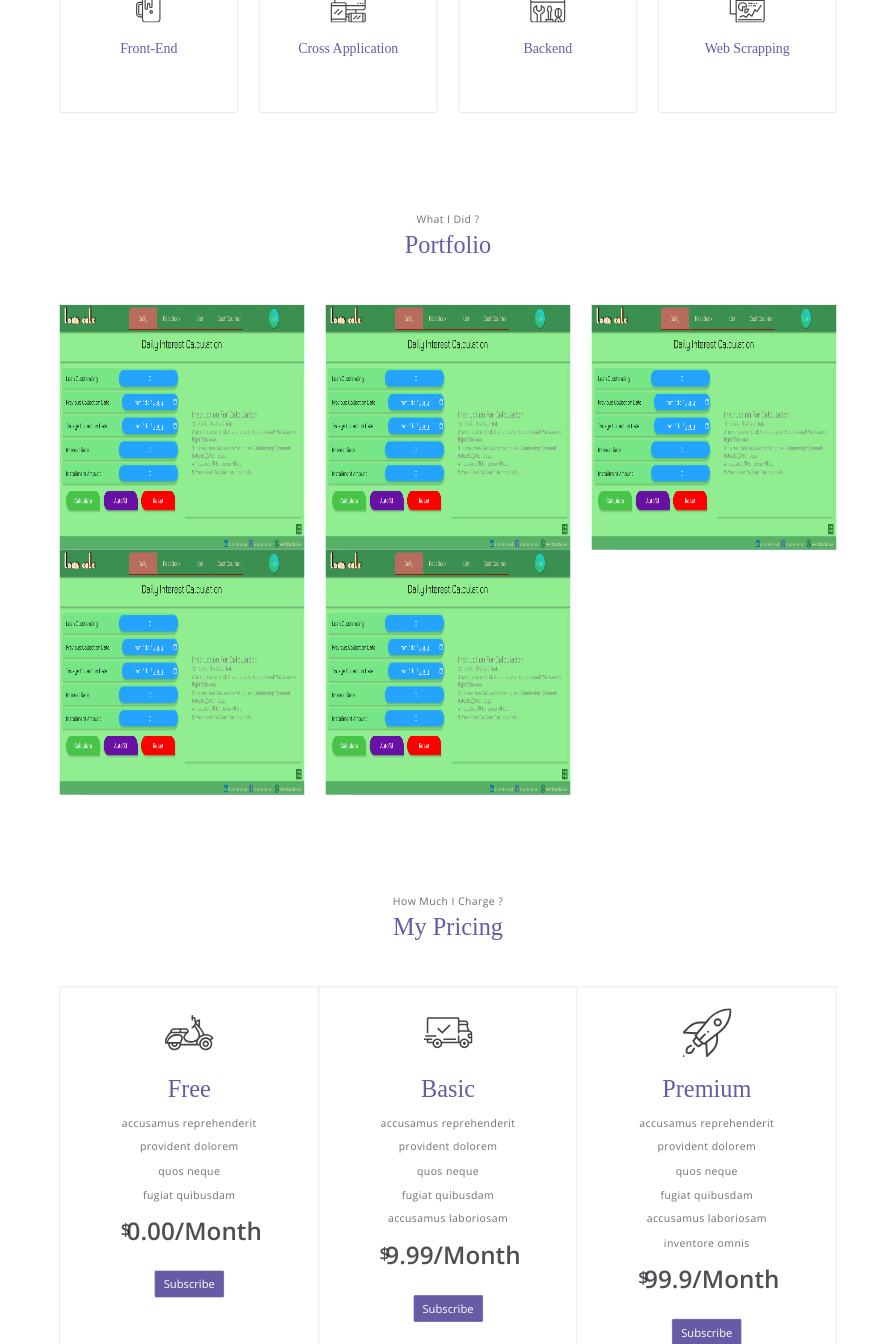
Repository: Soab42/portfolio
Page: /
An editor plug-in stored every save of this project. The page is shown before and after the next save, followed by the edit.
The browser window is 1280 px wide. The pictures show the part of the page from y = 1525 to 3445 px (the page is 5786 px tall), at 70% of full size.
Some web fonts or font styles are not loaded; a fallback is used. The project was rebuilt for these pictures with package versions that can differ from the ones it lists, and the page was loaded fresh each time. The framework's server and built-in components were replaced by stand-ins that run in the browser. Also part of the build but not shown: next.config.js.

Above is the page before, as saved 2023-10-09 14:16:08.

### app/layout.js
import "./globals.css";

export const metadata = {
  title: "syfuddhin",
  description: "Portfolio application for Soab Mahmud Syfuddhin",
};

export default function RootLayout({ children }) {
  return (
    <html lang="en">
      <body>{children}</body>
    </html>
  );
}

### app/page.js
/* eslint-disable @next/next/no-sync-scripts */
"use client";

import Nav from "@/components/Nav";
import "../public/assets/css/meyawo.css";
import { useEffect, useState } from "react";
import Heaader from "@/components/Heaader";
import About from "@/components/About";
import Service from "@/components/Service";
import Portfolio from "@/components/Portfolio";
import Pricing from "@/components/Pricing";
import Testmonial from "@/components/Testmonial";
import Contact from "@/components/Contact";
import Footer from "@/components/Footer";
import Blog from "@/components/Blog";
import Hire from "@/components/Hire";

export default function Home() {
  // Function to update scroll position
  const [scroll, setScroll] = useState(false);
  const updateScrollPosition = () => {
    const currentPosition =
      window.pageYOffset || document.documentElement.scrollTop;
    if (currentPosition >= 600) {
      setScroll(true);
    } else {
      setScroll(false);
    }
  };
  // Add scroll event listener on component mount
  useEffect(() => {
    window.addEventListener("scroll", updateScrollPosition);
    return () => {
      // Clean up the event listener on component unmount
      window.removeEventListener("scroll", updateScrollPosition);
    };
  }, []);

  return (
    <body>
      {/* <!-- Page Navbar --> */}
      <Nav scroll={scroll} />
      {/* <!-- End of Page Navbar --> */}
      {/* <!-- page header --> */}
      <Heaader />
      {/* <!-- end of page header --> */}
      {/* <!-- about section --> */}
      <About />
      {/* <!-- end of about section --> */}
      {/* <!-- service section --> */}
      <Service />
      {/* <!-- end of service section --> */}
      {/* <!-- portfolio section --> */}
      <Portfolio />
      {/* <!-- end of portfolio section --> */}
      {/* <!-- pricing section --> */}
      <Pricing />
      {/* <!-- end of pricing section --> */}
      {/* <!-- section --> */}
      <Hire />
      {/* <!-- end of section --> */}
      {/* <!-- testimonial section --> */}
      <Testmonial />
      {/* <!-- end of testimonial section --> */}
      {/* <!-- blog section --> */}
      <Blog />
      {/* <!-- end of blog section --> */}
      {/* <!-- contact section --> */}
      <Contact />
      {/* <!-- end of contact section --> */}
      {/* <!-- footer --> */}
      <Footer />
    </body>
  );
}

### components/Nav.js
import { setupNavigation } from "@/public/assets/js/soab";
import React from "react";

export default function Nav({ scroll }) {
  return (
    <nav className={`custom-navbar ${scroll && "affix"}`}>
      <div className="container">
        <a className="logo" href="#">
          .Syfuddhin
        </a>
        <ul className="nav">
          <li className="item">
            <a className="link" href="#home">
              Home
            </a>
          </li>
          <li className="item">
            <a className="link" href="#about">
              About
            </a>
          </li>
          <li className="item">
            <a className="link" href="#portfolio">
              Portfolio
            </a>
          </li>
          <li className="item">
            <a className="link" href="#testmonial">
              Testmonial
            </a>
          </li>
          <li className="item">
            <a className="link" href="#blog">
              Blog
            </a>
          </li>
          <li className="item">
            <a className="link" href="#contact">
              Contact
            </a>
          </li>
          <li className="item ml-md-3">
            <a href="components.html" className="btn btn-primary">
              Components
            </a>
          </li>
        </ul>
        <btn
          href="#"
          id="nav-toggle"
          onClick={() => setupNavigation()}
          className="hamburger hamburger--elastic"
        >
          <div className="hamburger-box">
            <div className="hamburger-inner"></div>
          </div>
        </btn>
      </div>
    </nav>
  );
}

### components/Heaader.js
import React from "react";

export default function Heaader() {
  return (
    <header id="home" className="header">
      <div className="overlay"></div>
      <div className="header-content container">
        <h1 className="header-title">
          <span className="up">HI!</span>
          <span className="down">I am Soab Mahmud </span>
        </h1>
        <p className="header-subtitle">FRONTEND WEB DEVELOPER</p>

        <a href="#portfolio" className="btn btn-primary">
          Visit My Works
        </a>
      </div>
    </header>
  );
}

### components/About.js
import Image from "next/image";
import React from "react";

export default function About() {
  return (
    <section className="section pt-5 bg-white" id="about">
      {/* <!-- container --> */}
      <div className="container text-center">
        {/* <!-- about wrapper --> */}
        <div className="about">
          <div className="about-img-holder">
            <Image
              width={600}
              height={400}
              src="/assets/imgs/man.png"
              className="about-img"
              alt="Download free bootstrap 4 landing page, free boootstrap 4 templates, Download free bootstrap 4.1 landing page, free boootstrap 4.1.1 templates, meyawo Landing page"
            />
          </div>
          <div className="about-caption">
            <p className="section-subtitle">Who Am I ?</p>
            <h2 className="section-title mb-3">About Me</h2>
            <div>
              <span>
                I am a dedicated web developer with a passion for creating
                digital experiences that leave a mark.
              </span>

              <span>
                Beyond the screen, I&apos;m a sports enthusiast, finding joy in
                playing cricket and football under the open sky. Traveling is my
                escape, as it exposes me to diverse cultures and fuels my
                creativity. Writing is not just a skill; it&apos;s an art form I
                cherish. Honesty is my cornerstone, and teamwork is my strength.
              </span>
              <span>
                I&apos;m a diligent, quick learner who thrives on challenges and
                embraces them as opportunities. My hunger for knowledge is
                insatiable, and I relish acquiring new skills and exploring the
                ever-evolving world of web development. Every day is a chance to
                grow and innovate.
                <hr />
              </span>
            </div>
            <button className="btn-rounded btn btn-outline-primary mt-4">
              Download CV
            </button>
          </div>
        </div>
        {/* <!-- end of about wrapper --> */}
      </div>
      {/* <!-- end of container --> */}
    </section>
  );
}

### components/Service.js
import Image from "next/image";
import React from "react";

export default function Service() {
  return (
    <section className="section bg-white" id="service">
      <div className="container text-center">
        <p className="section-subtitle">What I Do ?</p>
        <h5 className="section-title mb-6">Service</h5>

        {/* <!-- row --> */}
        <div className="row ">
          <div className="col-md-6 col-lg-3">
            <div className="service-card">
              <div className="body">
                <Image
                  width={60}
                  height={50}
                  src="/assets/imgs/pencil-case.svg"
                  alt="Download free bootstrap 4 landing page, free boootstrap 4 templates, Download free bootstrap 4.1 landing page, free boootstrap 4.1.1 templates, meyawo Landing page"
                  className="icon"
                />
                <h5 className="title">Front-End</h5>
                <p className="subtitle">
                  I craft engaging web interfaces ensuring seamless user
                  experiences and captivating designs.
                </p>
              </div>
            </div>
          </div>
          <div className="col-md-6 col-lg-3">
            <div className="service-card">
              <div className="body">
                <Image
                  width={60}
                  height={50}
                  src="/assets/imgs/responsive.svg"
                  alt="Download free bootstrap 4 landing page, free boootstrap 4 templates, Download free bootstrap 4.1 landing page, free boootstrap 4.1.1 templates, meyawo Landing page"
                  className="icon"
                />

                <h5 className="title">Cross Application</h5>
                <p className="subtitle">
                  I create cross-platform mobile applications using Flutter and
                  React Native for efficient and versatile app development.
                </p>
              </div>
            </div>
          </div>
          <div className="col-md-6 col-lg-3">
            <div className="service-card">
              <div className="body">
                <Image
                  width={60}
                  height={50}
                  src="/assets/imgs/toolbox.svg"
                  alt="Download free bootstrap 4 landing page, free boootstrap 4 templates, Download free bootstrap 4.1 landing page, free boootstrap 4.1.1 templates, meyawo Landing page"
                  className="icon"
                />
                <h5 className="title">Backend</h5>
                <p className="subtitle">
                  Offering backend development services, I create efficient,
                  secure, and scalable solutions for your applications.
                </p>
              </div>
            </div>
          </div>
          <div className="col-md-6 col-lg-3">
            <div className="service-card">
              <div className="body">
                <Image
                  width={60}
                  height={50}
                  src="/assets/imgs/analytics.svg"
                  alt="Download free bootstrap 4 landing page, free boootstrap 4 templates, Download free bootstrap 4.1 landing page, free boootstrap 4.1.1 templates, meyawo Landing page"
                  className="icon"
                />
                <h5 className="title">Web Scrapping</h5>
                <p className="subtitle">
                  I provide web scraping services, extracting data from websites
                  ensuring accurate and ethical data retrieval.
                </p>
              </div>
            </div>
          </div>
        </div>
        {/* <!-- end of row --> */}
      </div>
    </section>
  );
}

### components/Portfolio.js
import { projects } from "@/data/projects";
import Image from "next/image";
import ProjectsCard from "./ProjectsCard";

export default function Portfolio() {
  return (
    <section className="section bg-white" id="portfolio">
      <div className="container text-center">
        <p className="section-subtitle">What I Did ?</p>
        <h5 className="section-title mb-6">Portfolio</h5>

        {/* <!-- row --> */}
        <div className="row">
          {projects.map((project) => (
            <ProjectsCard key={project.imgLink} project={project} />
          ))}
          {/* <div className="col-md-4">
            <a href="#" className="portfolio-card">
              <Image
                width={350}
                height={350}
                src="/assets/imgs/folio-1.jpg"
                className="portfolio-card-img"
                alt="Download free bootstrap 4 landing page, free boootstrap 4 templates, Download free bootstrap 4.1 landing page, free boootstrap 4.1.1 templates, meyawo Landing page"
              />
              <span className="portfolio-card-overlay">
                <span className="portfolio-card-caption">
                  <h4>Web Designing</h4>
                  <p className="font-weight-normal">Category: Web Templates</p>
                </span>
              </span>
            </a>
          </div>
          <div className="col-md-4">
            <a href="#" className="portfolio-card">
              <Image
                width={350}
                height={350}
                className="portfolio-card-img img-responsive rounded"
                src="/assets/imgs/folio-2.jpg"
                alt="Download free bootstrap 4 landing page, free boootstrap 4 templates, Download free bootstrap 4.1 landing page, free boootstrap 4.1.1 templates, meyawo Landing page"
              />
              <span className="portfolio-card-overlay">
                <span className="portfolio-card-caption">
                  <h4>Web Designing</h4>
                  <p className="font-weight-normal">Category: Web Templates</p>
                </span>
              </span>
            </a>
          </div>
          <div className="col-md-4">
            <a href="#" className="portfolio-card">
              <Image
                width={350}
                height={350}
                className="portfolio-card-img img-responsive rounded"
                src="/assets/imgs/folio-3.jpg"
                alt="Download free bootstrap 4 landing page, free boootstrap 4 templates, Download free bootstrap 4.1 landing page, free boootstrap 4.1.1 templates, meyawo Landing page"
              />
              <span className="portfolio-card-overlay">
                <span className="portfolio-card-caption">
                  <h4>Web Designing</h4>
                  <p className="font-weight-normal">Category: Web Templates</p>
                </span>
              </span>
            </a>
          </div> */}
        </div>
        {/* <!-- end of row --> */}
      </div>
      {/* <!-- end of container --> */}
    </section>
  );
}

### components/Testmonial.js
import Image from "next/image";
import React from "react";

export default function Testmonial() {
  return (
    <section className="section bg-white" id="testmonial">
      <div className="container text-center">
        <p className="section-subtitle">What Think Client About Me ?</p>
        <h5 className="section-title mb-6">Testmonial</h5>

        {/* <!-- row --> */}
        <div className="row">
          <div className="col-md-6">
            <div className="testimonial-card">
              <div className="testimonial-card-img-holder">
                <Image
                  width={80}
                  height={70}
                  src="/assets/imgs/avatar2.jpg"
                  className="testimonial-card-img"
                  alt="Download free bootstrap 4 landing page, free boootstrap 4 templates, Download free bootstrap 4.1 landing page, free boootstrap 4.1.1 templates, meyawo Landing page"
                />
              </div>
              <div className="testimonial-card-body">
                <p className="testimonial-card-subtitle">
                  Lorem ipsum dolor sit amet, consectetur adipisicing elit.
                  Eaque doloribus autem aperiam earum nostrum omnis blanditiis
                  corporis perspiciatis adipisci nihil.
                </p>
                <h5 className="testimonial-card-title">Emily Reb</h5>
              </div>
            </div>
          </div>
          <div className="col-md-6">
            <div className="testimonial-card">
              <div className="testimonial-card-img-holder">
                <Image
                  width={80}
                  height={70}
                  src="/assets/imgs/avatar3.jpg"
                  className="testimonial-card-img"
                  alt="Download free bootstrap 4 landing page, free boootstrap 4 templates, Download free bootstrap 4.1 landing page, free boootstrap 4.1.1 templates, meyawo Landing page"
                />
              </div>
              <div className="testimonial-card-body">
                <p className="testimonial-card-subtitle">
                  Lorem ipsum dolor sit amet, consectetur adipisicing elit.
                  Eaque doloribus autem aperiam earum nostrum omnis blanditiis
                  corporis perspiciatis adipisci nihil.
                </p>
                <h5 className="testimonial-card-title">Emily Reb</h5>
              </div>
            </div>
          </div>
        </div>
      </div>
      {/* <!-- end of container --> */}
    </section>
  );
}

### components/Contact.js
import React from "react";

export default function Contact() {
  return (
    <section className="section bg-white" id="contact">
      <div className="container text-center">
        <p className="section-subtitle">How can you communicate?</p>
        <h5 className="section-title mb-5">Contact Me</h5>

        {/* <!-- contact form --> */}
        <form action="" className="contact-form col-md-10 col-lg-8 m-auto">
          <div className="form-row">
            <div className="form-group col-sm-6">
              <input
                type="text"
                size="50"
                className="form-control"
                placeholder="Your Name"
                required={true}
              />
            </div>
            <div className="form-group col-sm-6">
              <input
                type="email"
                className="form-control"
                placeholder="Enter Email"
                required={true}
              />
            </div>
            <div className="form-group col-sm-12">
              <textarea
                name="comment"
                id="comment"
                rows="6"
                className="form-control"
                placeholder="Write Something"
              ></textarea>
            </div>
            <div className="form-group col-sm-12 mt-3">
              <input
                type="submit"
                value="Send Message"
                className="btn btn-outline-primary rounded"
              />
            </div>
          </div>
        </form>
        {/* <!-- end of contact form --> */}
      </div>
      {/* <!-- end of container --> */}
    </section>
  );
}

### components/Footer.js
import React from "react";
import {
  FaFacebook,
  FaFacebookF,
  FaGithub,
  FaGoogle,
  FaInstagram,
  FaLinkedin,
  FaLinkedinIn,
  FaWhatsapp,
} from "react-icons/fa";
import {
  TiMail,
  TiSocialFacebook,
  TiSocialGithub,
  TiSocialInstagram,
  TiSocialLinkedin,
} from "react-icons/ti";

export default function Footer() {
  return (
    <div className="footerDiv bg-white">
      <footer className="footer ">
        <p className="mb-0">
          Copyright {new Date().getFullYear()}
          &copy;SYFUDDHIN
        </p>
        <div className="social-links text-right m-auto ml-sm-auto">
          <a href="#" className="link">
            <FaFacebookF />
          </a>
          <a href="#" className="link">
            <FaGoogle />
          </a>
          <a href="#" className="link">
            <FaInstagram />
          </a>

          <a href="#" className="link">
            <FaGithub />
          </a>
          <a href="#" className="link">
            <FaLinkedinIn />
          </a>
          <a href="#" className="link">
            <FaWhatsapp />
          </a>
        </div>
      </footer>
    </div>
  );
}

### components/Hire.js
import React from "react";

export default function Hire() {
  return (
    <section className="section-sm bg-primary ">
      {/* <!-- container --> */}
      <div className="container text-center text-sm-left">
        {/* <!-- row --> */}
        <div className="row align-items-center">
          <div className="col-sm offset-md-1 mb-4 mb-md-0">
            <h5 className="title text-light">Want to work with me?</h5>
            <p className="m-0 text-light">
              Always feel Free to Contact & Hire me
            </p>
          </div>
          <div className="col-sm offset-sm-2 offset-md-3">
            <button className="btn btn-lg my-font btn-light rounded">
              Hire Me
            </button>
          </div>
        </div>
        {/* <!-- end of row --> */}
      </div>
      {/* <!-- end of container --> */}
    </section>
  );
}

### public/assets/js/soab.js
export function setupNavigation() {
  var button = document.getElementById("nav-toggle");

  console.log(button);

  button.classList.toggle("is-active");
  var navList = document.querySelector("ul.nav");
  if (navList) {
    navList.classList.toggle("show");
  }
}

### data/projects.js
export const projects = [
  {
    imgLink: "/assets/imgs/loancalc.png",
    title: "Loan Calculator",
    category: "Web Development",
  },
  {
    imgLink: "/assets/imgs/loancalc.png",
    title: "Loan Calculator",
    category: "Web Development",
  },
  {
    imgLink: "/assets/imgs/loancalc.png",
    title: "Loan Calculator",
    category: "Web Development",
  },
  {
    imgLink: "/assets/imgs/loancalc.png",
    title: "Loan Calculator",
    category: "Web Development",
  },
  {
    imgLink: "/assets/imgs/loancalc.png",
    title: "Loan Calculator",
    category: "Web Development",
  },
];

### components/ProjectsCard.js
import Image from "next/image";

export default function ProjectsCard({ project }) {
  const { imgLink, title, category } = project;
  return (
    <div className="col-md-4">
      <a href="#" className="portfolio-card">
        <Image
          width={450}
          height={350}
          src={imgLink}
          className="portfolio-card-img"
          alt="Download free bootstrap 4 landing page, free boootstrap 4 templates, Download free bootstrap 4.1 landing page, free boootstrap 4.1.1 templates, meyawo Landing page"
        />
        <span className="portfolio-card-overlay">
          <span className="portfolio-card-caption">
            <h4>{title}</h4>
            <p className="font-weight-normal">Category: {category}</p>
          </span>
        </span>
      </a>
    </div>
  );
}

Loaded but not shown: app/globals.css (common file); public/assets/css/meyawo.css (library); components/Pricing.js (112 lines, source omitted); components/Blog.js (108 lines, source omitted)

After the next save:
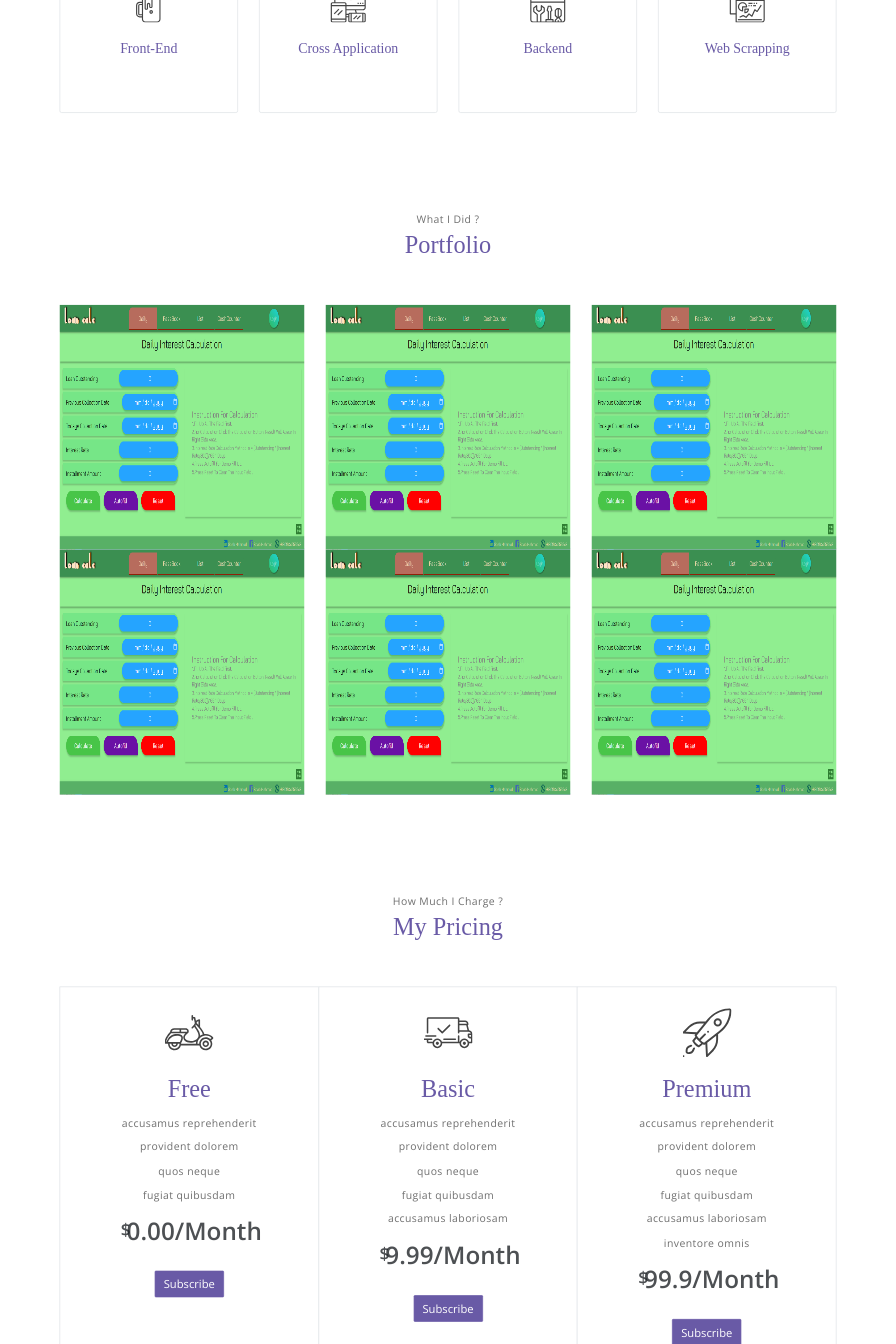
Saved 5 s later.
--- a/data/projects.js
+++ b/data/projects.js
@@ -24,4 +24,9 @@ export const projects = [
     title: "Loan Calculator",
     category: "Web Development",
   },
+  {
+    imgLink: "/assets/imgs/loancalc.png",
+    title: "Loan Calculator",
+    category: "Web Development",
+  },
 ];
